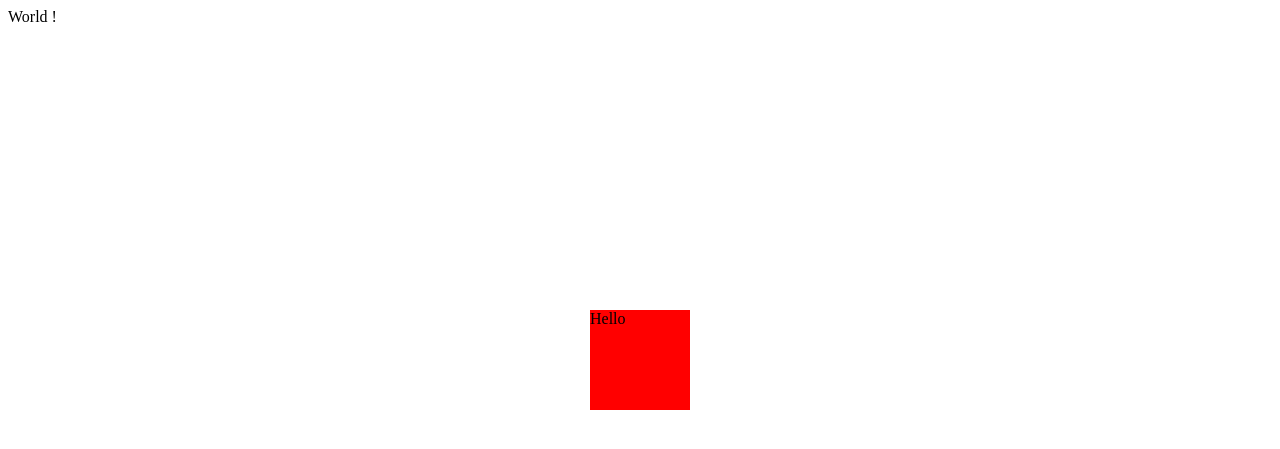
Repository: kxl666/Windows_vscode_test
Page: 2.Python高阶/04.网络编程/4.socket/Web静态服务器/index.html
These files come from the project's save history. The page is drawn as it stood at one moment and after the next save; the edit follows.
The browser window is 1280 px wide. The pictures show the whole page.

Above is the page before, as saved 2022-07-29 16:51:09.

After the next save:
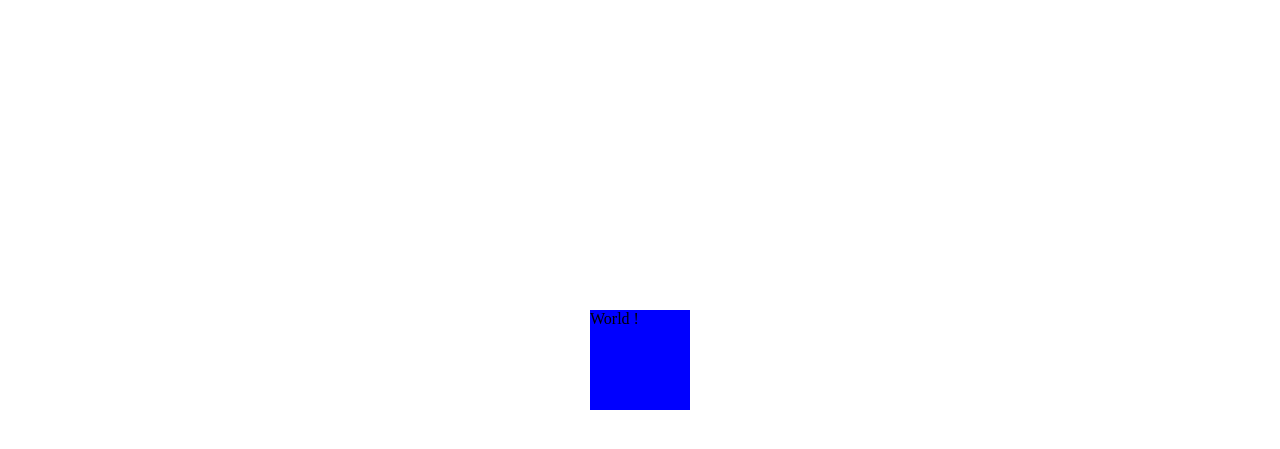
Saved 18 s later.
--- a/2.Python高阶/04.网络编程/4.socket/Web静态服务器/index.html
+++ b/2.Python高阶/04.网络编程/4.socket/Web静态服务器/index.html
@@ -17,7 +17,7 @@
         margin-top: -50px;
       }
 
-      .div02t {
+      .div02 {
         width: 100px;
         height: 100px;
         background-color: blue;
